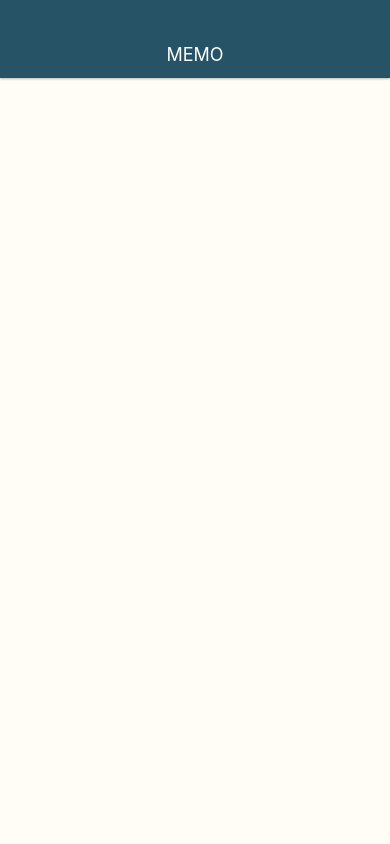
Repository: NagataRyuji0630/memo_app_for_reactNative
Page: /
The author's editor kept a copy of each file at every save. The page is drawn from the files as they stood at one save, then again after the next save.
The browser window is 390 px wide. The pictures show the whole page.
The app was drawn by React Native's web renderer in a window 390 px wide. The project was rebuilt for these pictures with package versions that can differ from the ones it lists, and the page was loaded fresh each time. Also part of the build but not shown: src/components/MemoList.jsx, src/screens/MemoListScreen.jsx.

Above is the page before, as saved 2020-05-14 09:52:23.

After the next save:
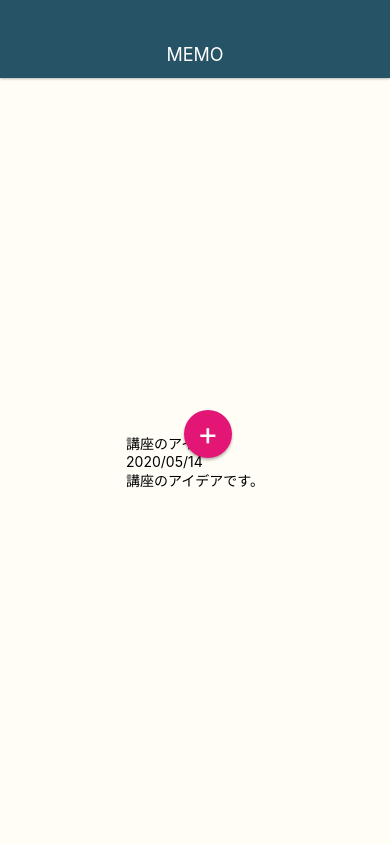
Saved 5 min 56 s later.
--- a/src/screens/MemoDetailScreen.jsx
+++ b/src/screens/MemoDetailScreen.jsx
@@ -1,22 +1,29 @@
 import React from 'react';
 import { Component } from 'react';
-import { StyleSheet ,View, Text } from 'react-native';
+import { StyleSheet, View, Text } from 'react-native';
+import CircleBtn from '../elements/CircleBtn';
 
 const styles = StyleSheet.create({
-    container: {
-      flex: 1,
-      backgroundColor: '#FFFDF6',
-      alignItems: 'center',
-      justifyContent: 'center',
-      paddingTop: 78,
-    },
-  });
+    memoHeader: {},
+    memoHeaderTitle: {},
+    memoHeaderDate: {},
+    memoContent: {},
+});
 
 class MemoDetailScreen extends Component {
-    render(){
+    render() {
         return (
             <View>
-                <Text></Text>
+                <View style={styles.memoHeader}>
+                    <Text style={styles.memoHeaderTitle}>講座のアイデア</Text>
+                    <Text style={styles.memoHeaderDate}>2020/05/14</Text>
+                </View>
+
+                <View style={styles.memoContent}>
+                    <Text>講座のアイデアです。</Text>
+                </View>
+
+                <CircleBtn>+</CircleBtn>
             </View>
         );
     }
